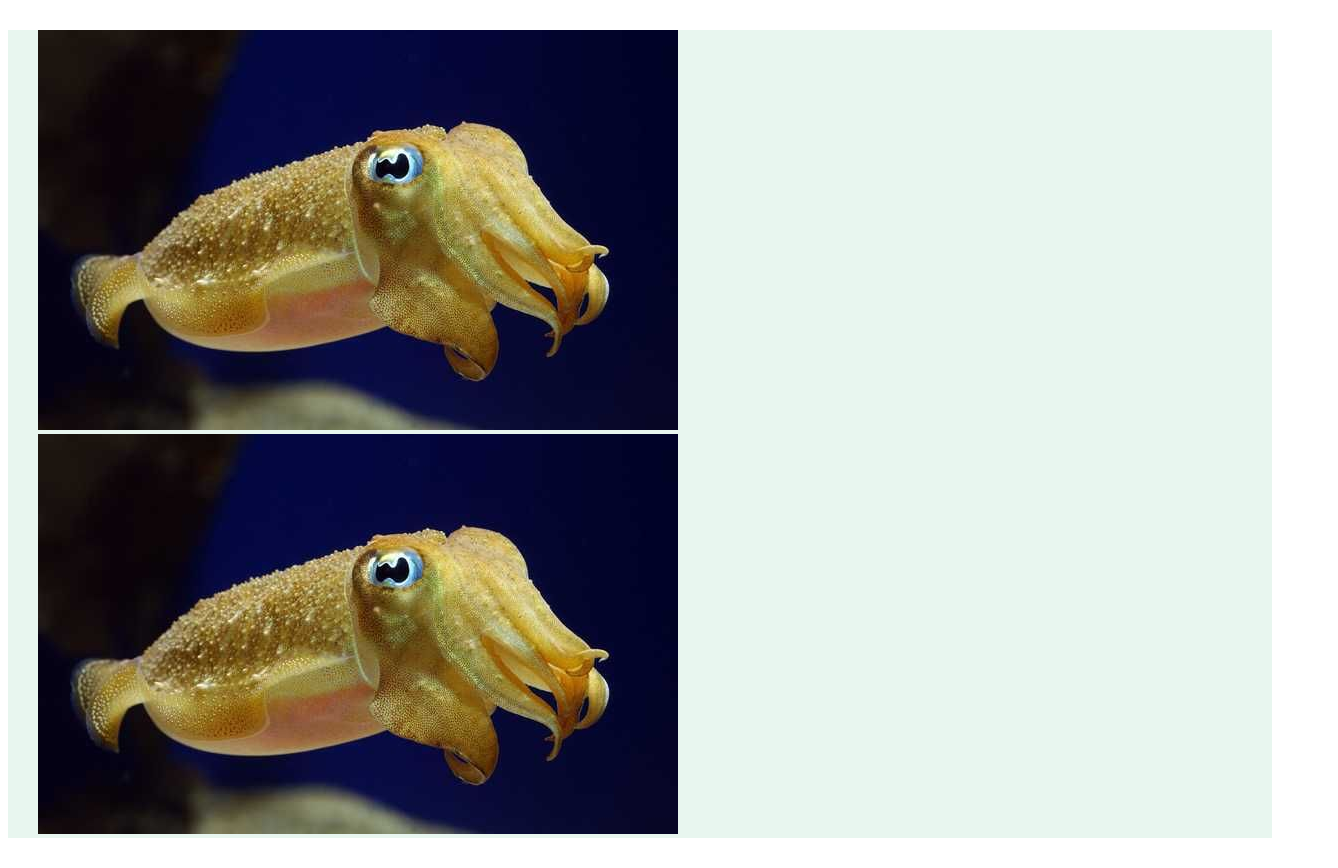
Repository: neomort/comm-lab-vid-site
Page: index.html
An editor plug-in stored every save of this project. The page is shown before and after the next save, followed by the edit.
The browser window is 1280 px wide. The page is 1280 px wide, then 1338 px, so the pictures cover 1338 px, including what lies to the right of the window. The pictures show the whole page.

Above is the page before, as saved 2021-09-12 21:05:08.

After the next save:
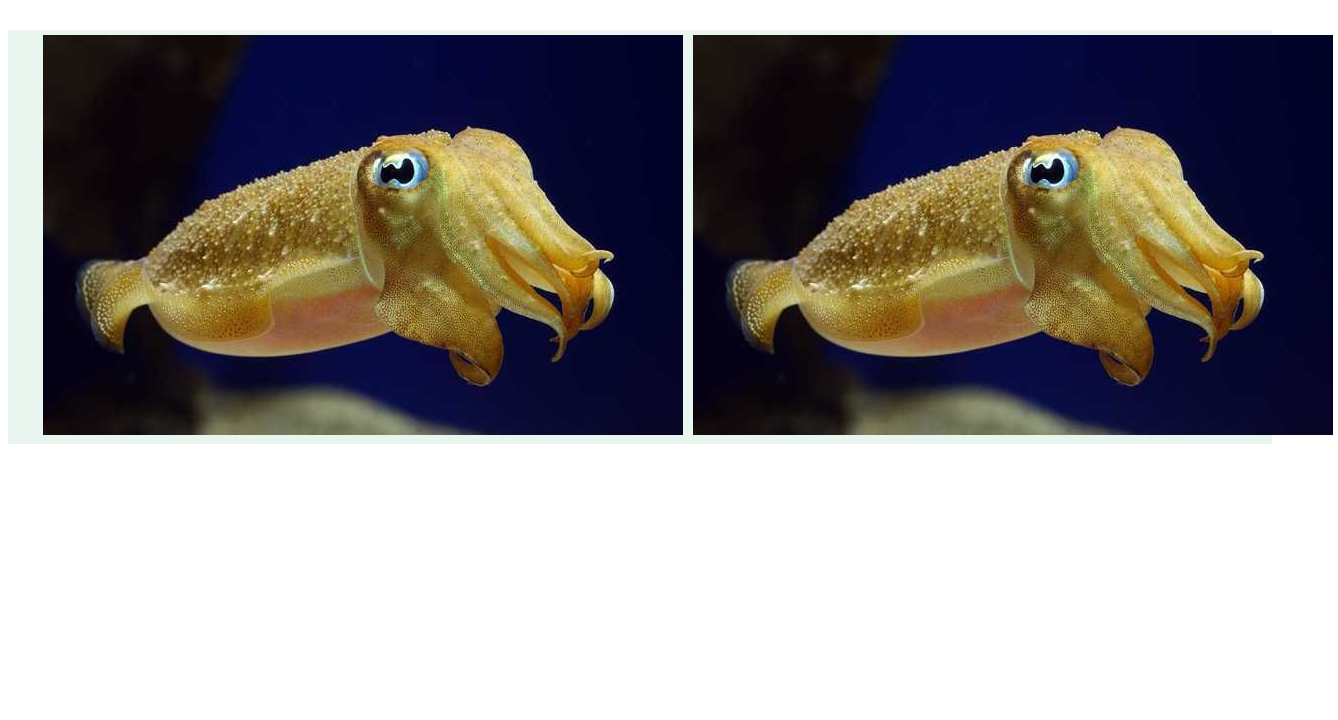
Saved 19 s later.
--- a/css/styles.css
+++ b/css/styles.css
@@ -23,11 +23,11 @@
 
 /* flex properties */
 
-#row {
+.row {
   display: flex;
 }
 
-#column {
+.column {
   flex: 50%;
   padding: 5px;
 }
